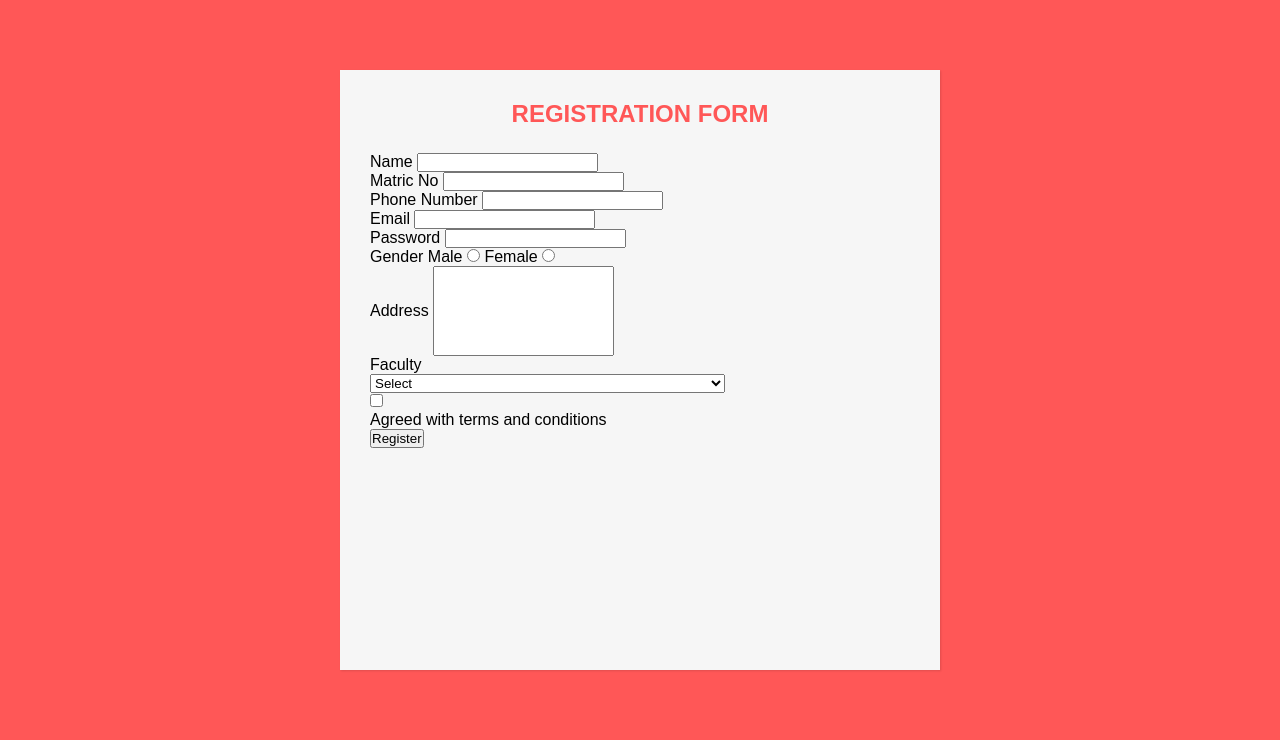
Repository: salmaARS/shovice
Page: public/register.html
An editor plug-in stored every save of this project. The page is shown before and after the next save, followed by the edit.
The browser window is 1280 px wide. The pictures show the whole page.

Above is the page before, as saved 2021-06-12 09:19:36.

### public/register.html
<!DOCTYPE html>
<html lang="en">

<head>
    <meta charset="UTF-8">
    <meta name="viewport" content="width=device-width, initial-scale=1.0">
    <title>Registration Form</title>
    <script src="https://cdnjs.cloudflare.com/ajax/libs/jquery/3.4.1/jquery.js"></script>
    <!--CSS-->
    <style>
        * {
            margin: 0;
            padding: 0;
            box-sizing: border-box;
            font-family: 'Montserrat', sans-serif;
        }

        body {
            background-color: #FF5757;
            padding: 0 10px;
        }

        .wrapper {
            max-width: 600px;
            width: 100%;
            height: 600px;
            background: #F6F6F6;
            margin: 70px auto;
            padding: 30px;
            box-shadow: 1px 1px 2px rgba(0, 0, 0, 0.125);


        }

        .wrapper .title {
            font-size: 24px;
            font-weight: 700;
            margin-bottom: 25px;
            color: #FF5757;
            text-transform: uppercase;
            text-align: center;
        }

        .wrapper .form {
            width: 100%;

        }

        .wrapper .form .input_field {
            margin-bottom: 15px;
            display: flex;
            align-items: center;

        }

        .wrapper .form .input_field label {
            width: 100px;
            color: #FF5757;
            margin-right: 10px;
            font-size: 14px;
        }

        .wrapper .form .input_field .input,
        .wrapper .form .input_field .textarea

        /* .wrapper .form .input_field .gender { */
            {
            width: 100%;
            outline: none;
            border: 1px solid #FF5757;
            font-size: 15px;
            padding: 8px 10px;
            border-radius: 3px;
            transition: all 0.3s ease;
        }

        .wrapper .form .input_field .gender {
            width: 70px;
            outline: none;
            margin-right: 1px;
            font-size: 10px;
            /* border-color: #FF5757; */
            position: relative;
            /* border: 1px solid #FF5757; */
        }

        .wrapper .form .input_field .check input[type="radio"] {
            position: absolute;
            top: 0;
            left: 0;
            opacity: 0;
        }

        .wrapper .form .input_field .check .checkmark {
            width: 15px;
            height: 15px;
            border: 1px solid #FF5757;
            display: block;
            position: relative;
            /* background: #FF5757; */
        }

        .wrapper .form .input_field .check .checkmark:before {
            content: "";
            position: absolute;
            top: 1px;
            left: 2px;
            width: 5px;
            height: 2px;
            border: 2px solid;
            border-color: transparent transparent #FF5757 #FF5757;
            transform: rotate(-45deg);
            display: none;

        }

        .wrapper .form .input_field .check input[type="radio"]:checked~.checkmark:before {
            display: block;


        }

        .wrapper .form .input_field .textarea {
            resize: none;
            height: 80px;
        }

        .wrapper .form .input_field .custom_select {
            position: relative;
            width: 100%;
            height: 37px;

        }

        .wrapper .form .input_field .custom_select select {
            appearance: none;
            border: 1px solid #FF5757;
            width: 100%;
            height: 100%;
            padding: 8px 10px;
            border-radius: 3px;
            outline: none;
        }

        .wrapper .form .input_field .input:focus,
        .wrapper .form .input_field .textarea:focus,
        .wrapper .form .input_field select:focus {
            border: 1px solid #C0CCDA;
        }

        .wrapper .form .input_field p {
            font-size: 14px;
            color: #FF5757;

        }

        .wrapper .form .input_field .check {
            width: 15px;
            height: 15px;
            position: relative;
            display: block;
            cursor: pointer;
        }

        .wrapper .form .input_field .check input[type="checkbox"] {
            position: absolute;
            top: 0;
            left: 0;
            opacity: 0;
        }

        .wrapper .form .input_field .check .checkmark {
            width: 15px;
            height: 15px;
            border: 1px solid #FF5757;
            display: block;
            position: relative;
            /* background: #FF5757; */
        }

        .wrapper .form .input_field .check .checkmark:before {
            content: "";
            position: absolute;
            top: 1px;
            left: 2px;
            width: 5px;
            height: 2px;
            border: 2px solid;
            border-color: transparent transparent #FF5757 #FF5757;
            transform: rotate(-45deg);
            display: none;

        }

        /* /* .wrapper .form .input_field .check input[type="checkbox"]:checked ~ .checkmark{
            background: #FF5757;

        } */
        .wrapper .form .input_field .check input[type="checkbox"]:checked~.checkmark:before {
            display: block;


        }

        .wrapper .form .input_field .btn {
            width: 100%;
            padding: 8px 10px;
            font-size: 15px;
            border: 0;
            background: #FF5757;
            color: black;
            cursor: pointer;
            border-radius: 3px;
            outline: none;
        }

        .wrapper .form .input_field:last-child {
            margin-bottom: 0;

        }

        .wrapper .form .input_field .btn:hover {
            background: #C0CCDA;

        }
    </style>
</head>

<body>
    <div class="wrapper">
        <div class="title">
            Registration Form
        </div>
        <form id="user" action="/register/success" method="POST">
            <div class="input_field">
                <label>Name</label>
                <input type="text" class="input" name="name" id="name">
            </div>
            <div class="input_field">
                <label>Matric No</label>
                <input type="text" class="input" name="matric" id="matric">
            </div>
            <div class="input_field">
                <label>Phone Number</label>
                <input type="text" class="input" name="phone" id="phone">
            </div>
            <div class="input_field">
                <label>Email</label>
                <input type="text" class="input" name="email" id="email">
            </div>
            <div class="input_field">
                <label>Password</label>
                <input type="text" class="input" name="password" id="password">
            </div>
            <div class="input_field">
                <label>Gender</label>
                <label class="genders">Male
                    <input type="radio" name="gender" value="Male">
                    <span class="checkmark"></span>
                </label>
                <label class="genders">Female
                    <input type="radio" name="gender" value="Female">
                    <span class="checkmark"></span>
                </label>

            </div>
            <div class="input_field">
                <label>Address</label>
                <input type="text" class="input" style="height:90px" name="address">
            </div>
            <div class="input_field">
                <label>Faculty</label>
                <div class="custom_select">
                    <select name="faculty">
                        <option value="">Select</option>
                        <option value="Faculty of Science">Faculty of Science</option>
                        <option value="Faculty of Built Environment and Surveying">Faculty of Built Environment and
                            Surveying</option>
                        <option value="Razak Faculty of Technology and Informatics">Razak Faculty of Technology and
                            Informatics</option>
                        <option value="Azman Hashim International Business School">Azman Hashim International Business
                            School</option>
                        <option value="Faculty Engineering">Faculty Engineering</option>
                        <option value="Malaysia-Japan International Institute of Technology">Malaysia-Japan
                            International Institute of Technology</option>
                        <option value="School of Prefessional & Continuing Education (SPACE)">School of Prefessional &
                            Continuing Education (SPACE)</option>
                        <option value="Faculty of Social Science and Huminities">Faculty of Social Science and
                            Huminities</option>

                    </select>
                </div>



            </div>
            <div class="input_field terms">
                <label class="check">
                    <input type="checkbox">
                    <span class="checkmark"></span>
                </label>
                <p> Agreed with terms and conditions</p>

            </div>
            <div class="input_field">
                <button class="btn" type="submit">Register</button>
            </div>



    </div>

    </form>

    <!-- <script>
        $('#frm-insertUser').submit(function (event) {
            event.preventDefault();


            var formData = $(this).serialize();


            $.ajax({
                type: "POST",
                url: "http://localhost/shovice/api/user/",
                data: formData,
                dataType: "json",

                success: function (data, status, xhr) {
                    if (data.rowcount > 0) {
                        alert('Succesfully registered user');
                        window.location.replace("./login.html");
                    }
                    else {
                        alert('fail to register, ' + data.errormessage);
                    }
                },

                error: function () {
                    alert('error: ' + status.log);
                }
            });
        });

    </script> -->
</body>

</html>

After the next save:
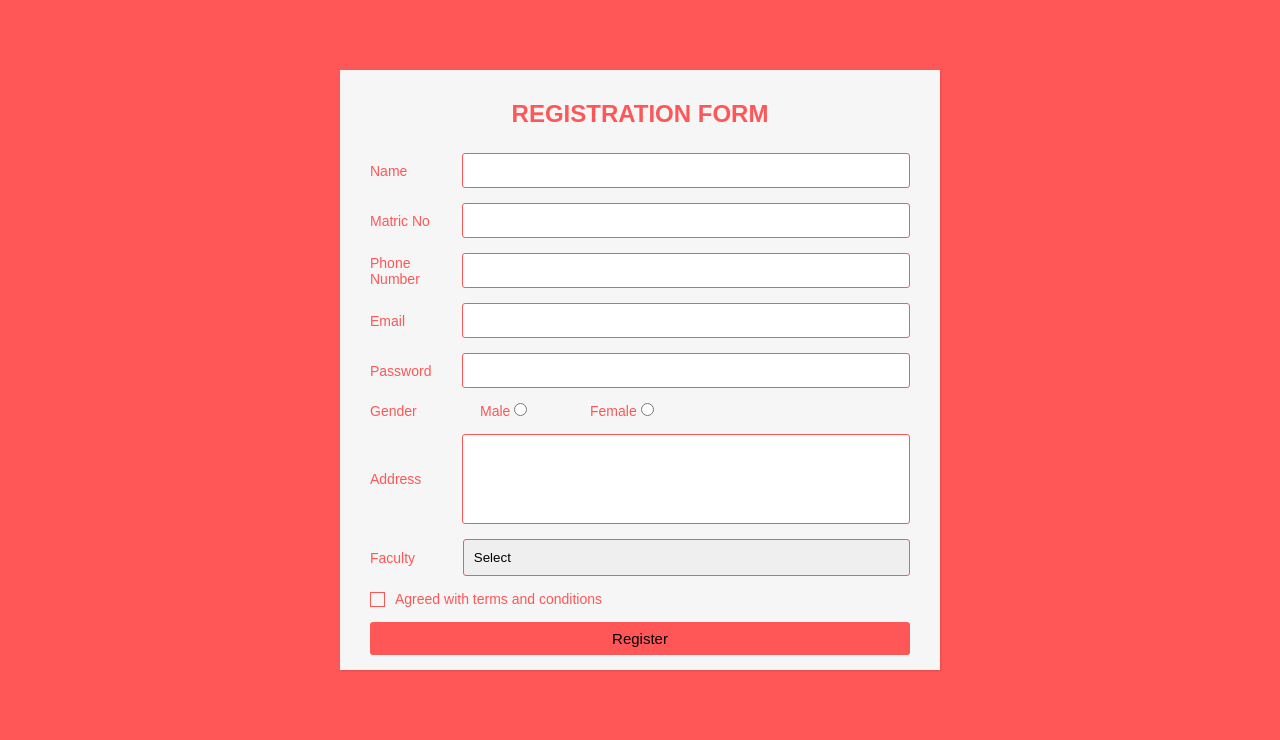
Saved 5 min 6 s later.
--- a/public/register.html
+++ b/public/register.html
@@ -231,7 +231,7 @@
         <div class="title">
             Registration Form
         </div>
-        <form id="user" action="/register/success" method="POST">
+        <form class="form" id="user" action="/register/success" method="POST">
             <div class="input_field">
                 <label>Name</label>
                 <input type="text" class="input" name="name" id="name">
